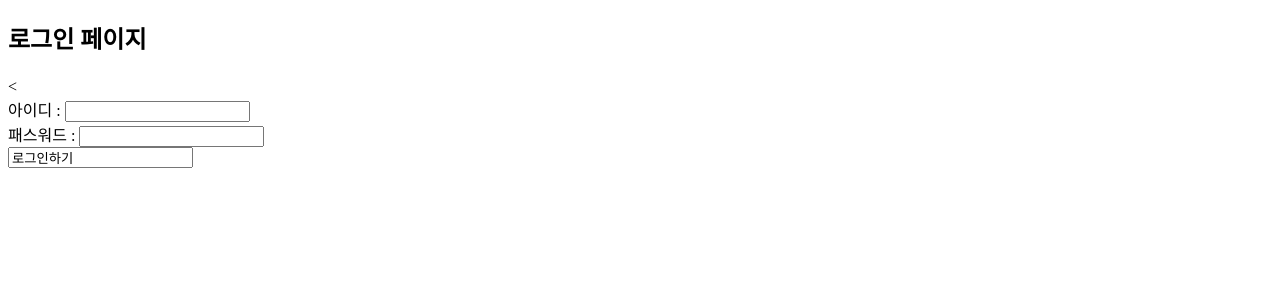
Repository: jjunyuongv/JSP_Servlet
Page: http://localhost/MustHHaveJSP/06Session/LoginForm.jsp
The author's editor kept a copy of each file at every save. The page is drawn from the files as they stood at one save, then again after the next save.
The browser window is 1280 px wide. The pictures show the whole page.
The page is served by Tomcat 10. Other server files are loaded and not shown.

Above is the page before, as saved 2025-05-08 04:47:58.

### MustHHaveJSP/src/main/webapp/06Session/LoginForm.jsp
<%@ page language="java" contentType="text/html; charset=UTF-8"
    pageEncoding="UTF-8"%>
<!DOCTYPE html>
<html>
	<head>
	<meta charset="UTF-8">
	<title>Session</title>
	</head>
	<body>
		<%-- <jsp:include page="../Common/Link.jsp" /> --%>
		<h2>로그인 페이지</h2>
		<span style="color: red; font-size: 1.2em;">
			<%= request.getAttribute("LoginErrMsg") == null ?
				"" : request.getAttribute("LoginErrMsg")%>
		</span>
		<%
		if (session.getAttribute("UserId") == null) {
		%>
		<script>
		function validateForm(form) {
			if (!form.user_id.value) {
				alert("아이디를 입력하세요.");
				return false;
			}
			if (!form.user_pw.value) {
				alert("패스워드를 입력하세요.");
				return false;
			}
		}
		</script>

		<<form action="LoginProcess.jsp" method="post" name="loginFrm"
			onsubmit="return validateForm(this);">
			아이디 : <input type="text" name="user_id" /><br />
			패스워드 : <input type="password" name="user_pw" /><br />
			<input type="text" value="로그인하기" />
			</form>
		<%
		} else {
		%>
			<%= session.getAttribute("UserName") %> 회원님, 로그인하셨습니다. <br />
			<a href="Logout.jsp">[로그아웃]</a>
		<%
		}
		%>

	</body>
</html>

After the next save:
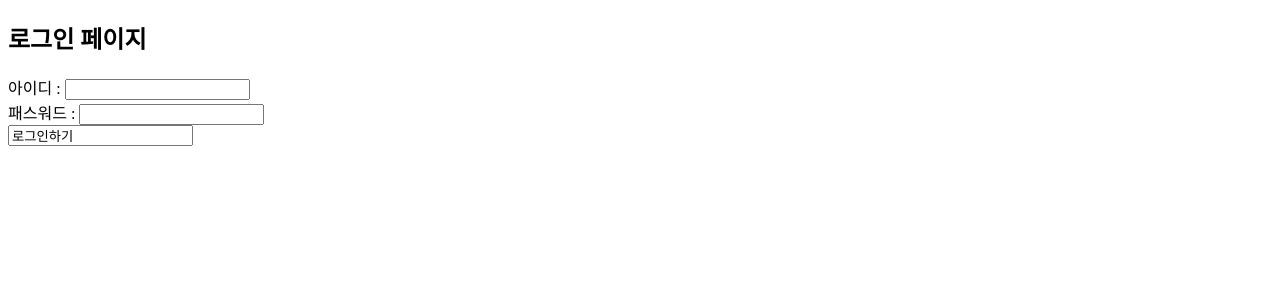
Saved 53 s later.
--- a/MustHHaveJSP/src/main/webapp/06Session/LoginForm.jsp
+++ b/MustHHaveJSP/src/main/webapp/06Session/LoginForm.jsp
@@ -29,7 +29,7 @@
 		}
 		</script>
 
-		<<form action="LoginProcess.jsp" method="post" name="loginFrm"
+			<form action="LoginProcess.jsp" method="post" name="loginFrm"
 			onsubmit="return validateForm(this);">
 			아이디 : <input type="text" name="user_id" /><br />
 			패스워드 : <input type="password" name="user_pw" /><br />
